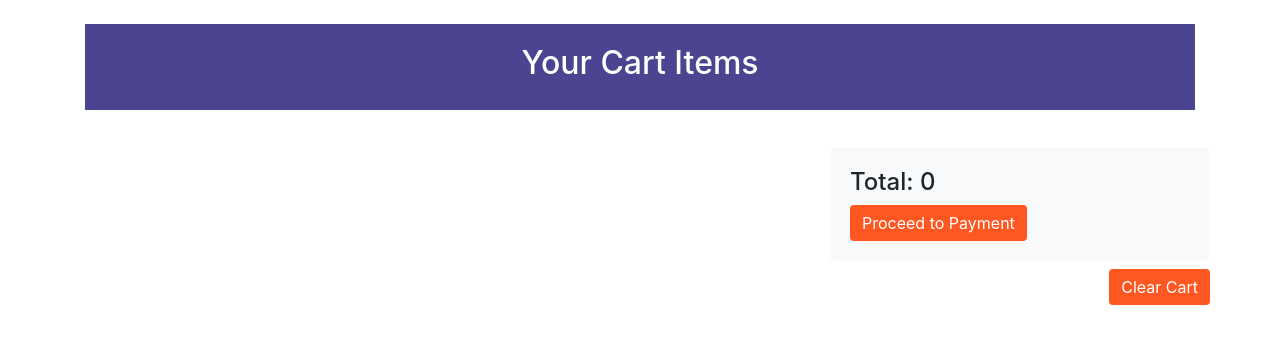
Repository: OraonShivam21/wonderwave-travels
Page: cart/index.html
These files come from the project's save history. The page is drawn as it stood at one moment and after the next save; the edit follows.
The browser window is 1280 px wide. The pictures show the whole page.

Above is the page before, as saved 2023-12-16 16:05:16.

### cart/index.html
<!DOCTYPE html>
<html lang="en">

<head>
    <!-- Include Bootstrap CSS -->
    <link href="https://stackpath.bootstrapcdn.com/bootstrap/4.3.1/css/bootstrap.min.css" rel="stylesheet">
    <title>Cart Page - Every Sunday</title>

    <style>
        .cart-header {
            background-color: #4B4491;
            color: white;
            padding: 20px;
            margin-bottom: 30px;
        }

        .cart-item {
            border: 1px solid #ddd;
            margin-bottom: 10px;
            padding: 10px;
            border-radius: 5px;
        }

        .cart-total {
            background-color: #f8f9fa;
            padding: 20px;
            border-radius: 5px;
        }

        .remove-item-btn,
        .clear-cart-btn,
        .checkout-btn {
            background-color: #FF5722;
            color: white;
            border: none;
        }

        .remove-item-btn:hover,
        .clear-cart-btn:hover,
        .checkout-btn:hover {
            background-color: #E64A19;
        }
    </style>
</head>

<body>
    <div class="container mt-4">
        <div class="cart-header text-center">
            <h2>Your Cart Items</h2>
        </div>
        <div id="cart-items" class="row">
            <!-- Cart items will be loaded here dynamically -->
        </div>
        <div id="cart-summary" class="row justify-content-end mt-2">
            <!-- Cart summary will be loaded here dynamically -->
        </div>
        <div class="row justify-content-end mt-2">
            <button id="clear-cart" class="btn clear-cart-btn">Clear Cart</button>
        </div>
    </div>

    <script src="https://code.jquery.com/jquery-3.3.1.slim.min.js"></script>
    <script src="https://stackpath.bootstrapcdn.com/bootstrap/4.3.1/js/bootstrap.min.js"></script>
    <script src="cart.js"></script>
</body>

</html>

### cart/cart.js
document.addEventListener("DOMContentLoaded", function () {
  loadCartItems();
  document.getElementById("clear-cart").addEventListener("click", clearCart);
});

function loadCartItems() {
  const cartItems = JSON.parse(localStorage.getItem("cart")) || [];
  const cartItemsContainer = document.getElementById("cart-items");
  cartItemsContainer.innerHTML = ""; // Clear the container

  let total = 0;
  cartItems.forEach((item, index) => {
    total += item.price;
    const cartItemDiv = document.createElement("div");
    cartItemDiv.className = "col-12 cart-item";
    cartItemDiv.innerHTML = `
          <h5>${item.title}</h5>
          <p>Price: ${item.currency} ${item.price}</p>
          <button class="btn remove-item-btn" onclick="removeFromCart(${index})">Remove</button>
      `;
    cartItemsContainer.appendChild(cartItemDiv);
  });

  // Load cart summary
  const cartSummary = document.getElementById("cart-summary");
  cartSummary.innerHTML = `
      <div class="col-md-4 offset-md-8 cart-total">
          <h4>Total: ${cartItems.reduce(
            (acc, item) => acc + item.price,
            0
          )} </h4>
          <button class="btn checkout-btn">Proceed to Payment</button>
      </div>
  `;
}

function removeFromCart(index) {
  let cartItems = JSON.parse(localStorage.getItem("cart")) || [];
  cartItems.splice(index, 1);
  localStorage.setItem("cart", JSON.stringify(cartItems));
  loadCartItems(); // Refresh the cart items display
}

function clearCart() {
  localStorage.setItem("cart", JSON.stringify([]));
  loadCartItems(); // Refresh the cart items display
}

After the next save:
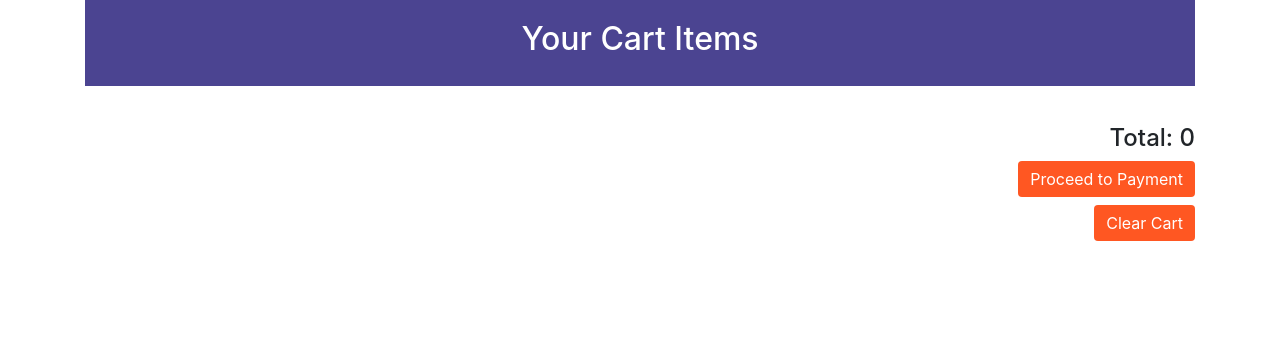
Saved 2 min 35 s later.
--- a/cart/index.html
+++ b/cart/index.html
@@ -14,17 +14,24 @@
             margin-bottom: 30px;
         }
 
-        .cart-item {
+        .cart-item-card {
             border: 1px solid #ddd;
             margin-bottom: 10px;
             padding: 10px;
             border-radius: 5px;
+            box-shadow: 0 2px 5px rgba(0, 0, 0, 0.1);
         }
 
-        .cart-total {
-            background-color: #f8f9fa;
+        .cart-summary {
             padding: 20px;
+            background-color: #fff;
             border-radius: 5px;
+            box-shadow: 0 2px 5px rgba(0, 0, 0, 0.1);
+            margin-bottom: 20px;
+        }
+
+        .cart-summary h4 {
+            color: #4B4491;
         }
 
         .remove-item-btn,
@@ -40,11 +47,35 @@
         .checkout-btn:hover {
             background-color: #E64A19;
         }
+
+        .cart-container {
+            margin-top: 30px;
+        }
+
+        .cart-total {
+            text-align: right;
+        }
+
+        .btn-group {
+            width: 100%;
+        }
+
+        .btn-group>button {
+            width: 49%;
+        }
+
+        /* Responsive adjustments */
+        @media (max-width: 768px) {
+            .btn-group>button {
+                width: 100%;
+                margin-bottom: 10px;
+            }
+        }
     </style>
 </head>
 
 <body>
-    <div class="container mt-4">
+    <div class="container">
         <div class="cart-header text-center">
             <h2>Your Cart Items</h2>
         </div>
@@ -54,8 +85,10 @@
         <div id="cart-summary" class="row justify-content-end mt-2">
             <!-- Cart summary will be loaded here dynamically -->
         </div>
-        <div class="row justify-content-end mt-2">
-            <button id="clear-cart" class="btn clear-cart-btn">Clear Cart</button>
+        <div class="row">
+            <div class="col text-right mt-2">
+                <button id="clear-cart" class="btn clear-cart-btn">Clear Cart</button>
+            </div>
         </div>
     </div>
 
